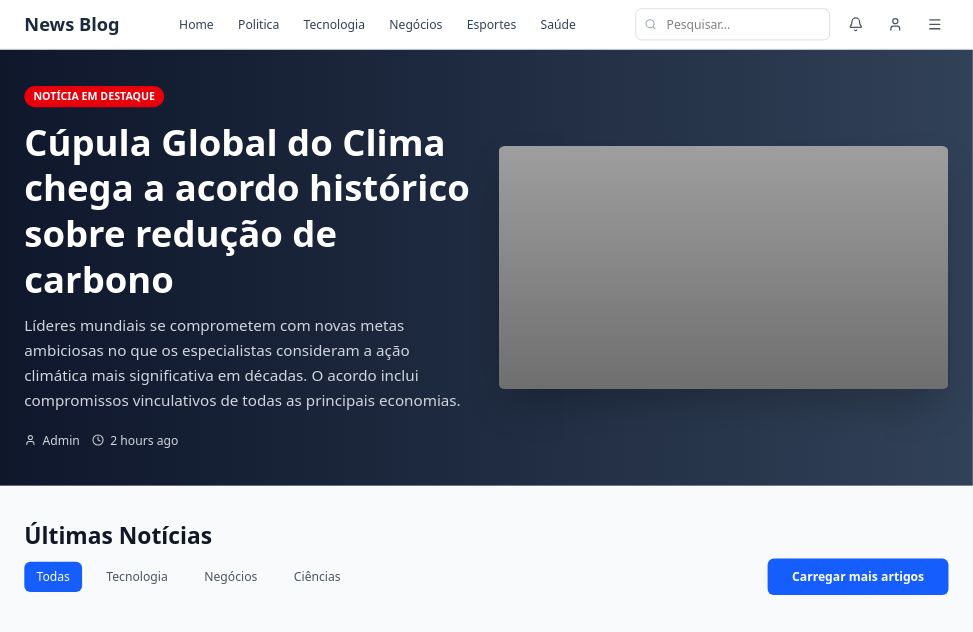
Repository: estevam02009/news-blog
Page: /
These files come from the project's save history. The page is drawn as it stood at one moment and after the next save; the edit follows.
The browser window is 1280 px wide. The pictures show the whole page, at 76% of full size.
Pictures or frames that could not be fetched are drawn as grey boxes. The project was rebuilt for these pictures with package versions that can differ from the ones it lists, and the page was loaded fresh each time. Also part of the build but not shown: vite.config.ts.

Above is the page before, as saved 2025-08-08 19:17:10.

After the next save:
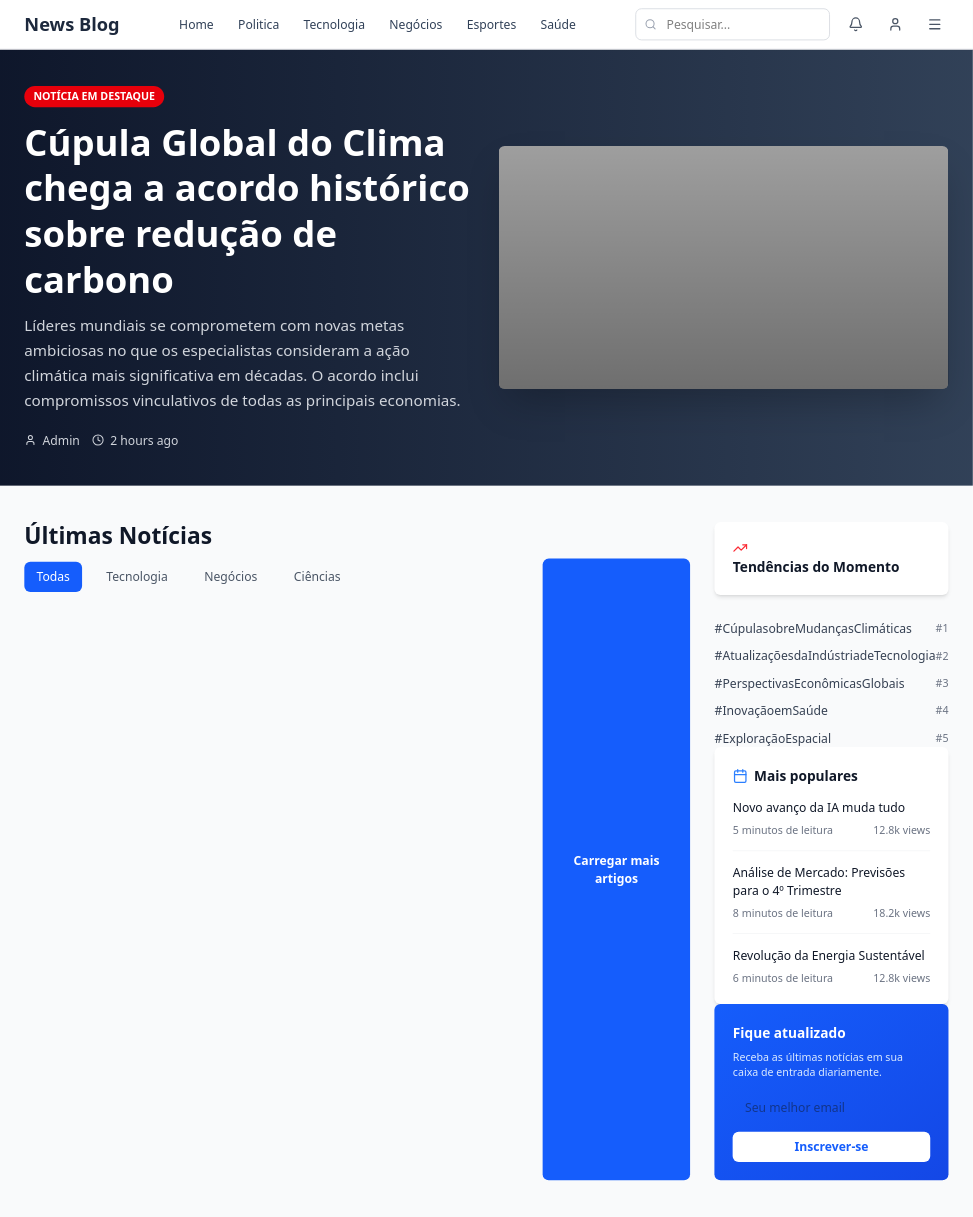
Saved 27 s later.
--- a/src/App.tsx
+++ b/src/App.tsx
@@ -35,6 +35,8 @@ function App() {
               </button>
             </div>
           </div>
+
+          <Sidebar />
         </div>
       </main>
     </div>
